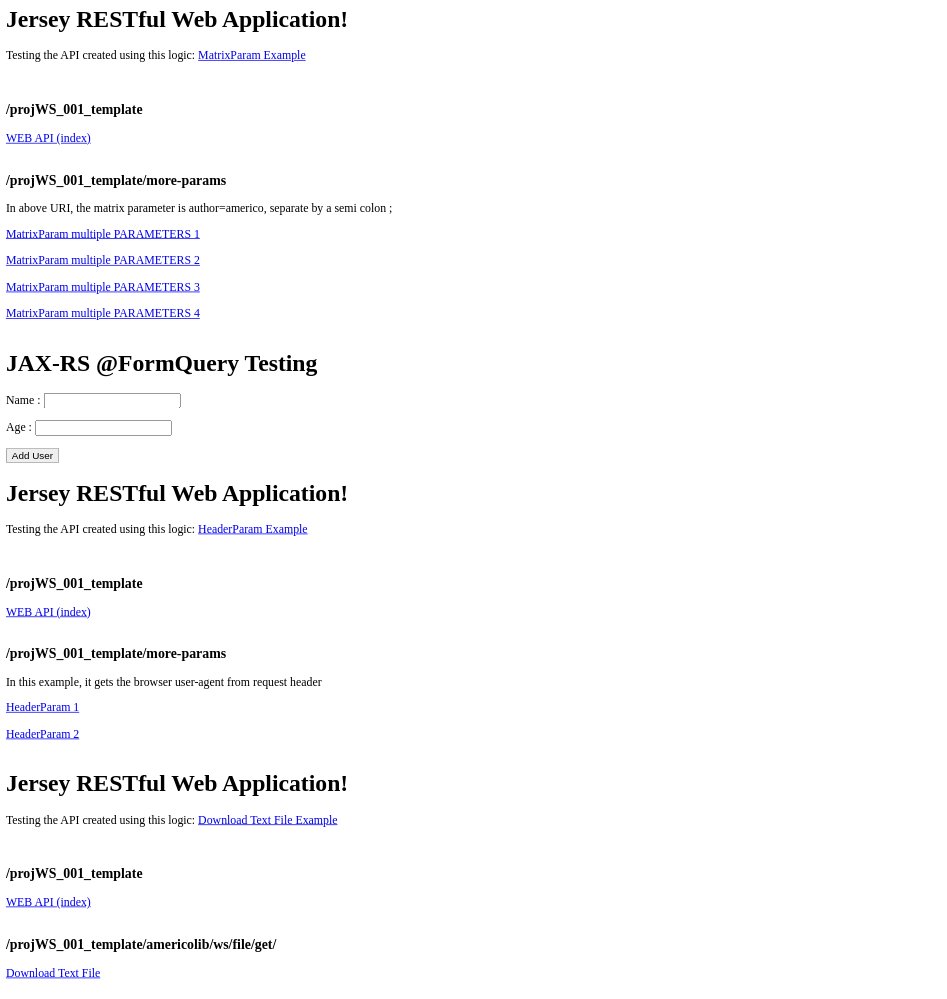
Repository: atafs/BackEnd_JAX-RS_REST_2continue
Page: http://localhost/projWS_001_template/
These files come from the project's save history. The page is drawn as it stood at one moment and after the next save; the edit follows.
The browser window is 1280 px wide. The pictures show the whole page, at 74% of full size.
The page is served by Tomcat 9.

Above is the page before, as saved 2016-05-02 17:04:53.

After the next save:
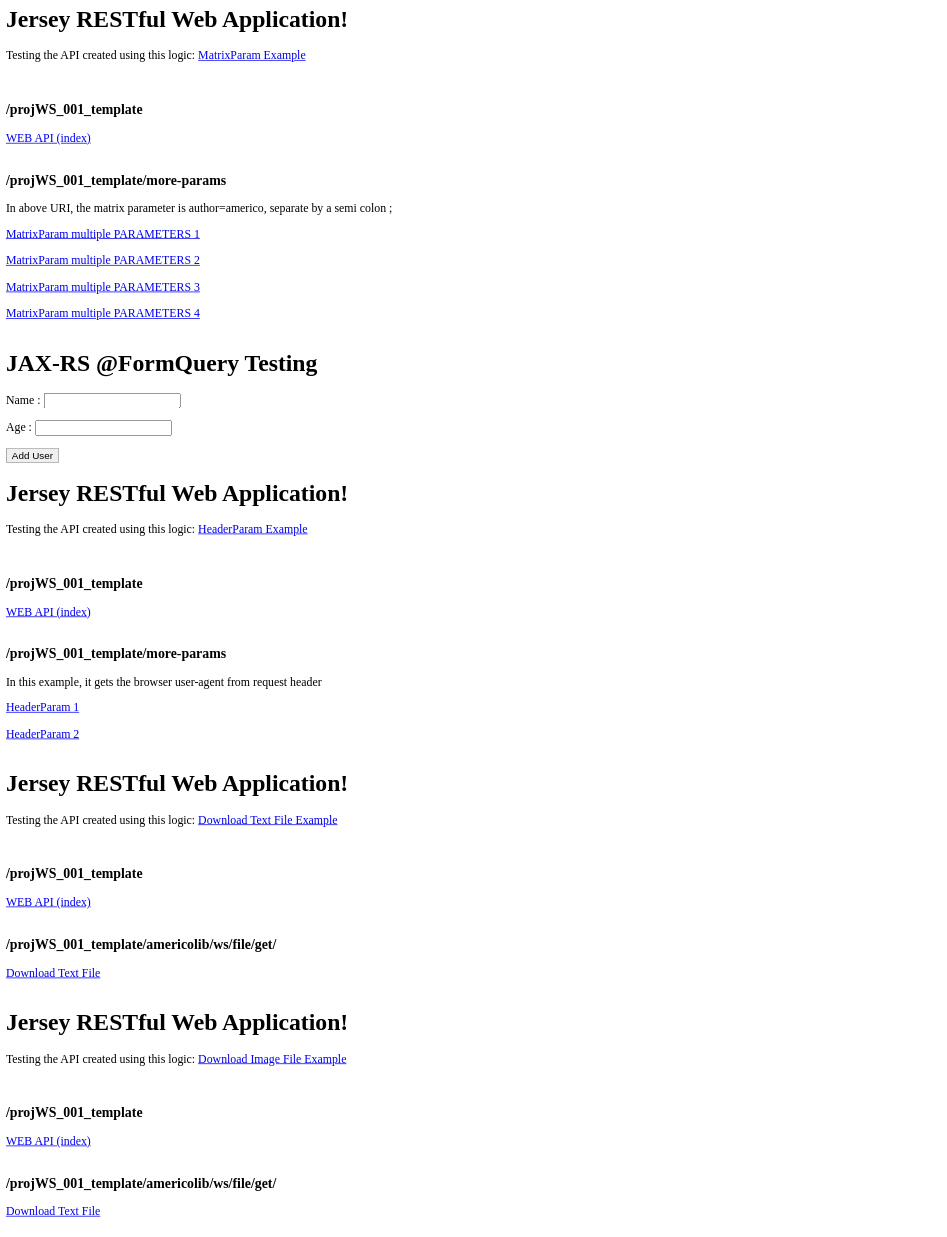
Saved 7 min 44 s later.
--- a/projWS_001_template/src/main/webapp/index.jsp
+++ b/projWS_001_template/src/main/webapp/index.jsp
@@ -68,6 +68,22 @@
 	<h3>/projWS_001_template/americolib/ws/file/get/</h3>
 	<a href="http://localhost:8085/projWS_001_template/americolib/ws/file/get">Download Text File</a><br/><br/>
 
+	<!-- Download image file from JAX-RS ######################################## -->
+    <!-- TITLE -->
+	<h1>Jersey RESTful Web Application!</h1>
+
+	<!-- TXT -->
+	<p>Testing the API created using this logic:
+		<a href="http://www.mkyong.com/webservices/jax-rs/download-image-file-from-jax-rs/">Download Image File Example</a>
+	</p><br/>
+
+	<!-- LINKS -->
+	<h3>/projWS_001_template</h3>
+	<a href="http://localhost:8085/projWS_001_template/">WEB API (index)</a><br/><br/>
+
+	<h3>/projWS_001_template/americolib/ws/file/get/</h3>
+	<a href="http://localhost:8085/projWS_001_template/americolib/ws/file/get">Download Text File</a><br/><br/>
+
 
 
 </body>
